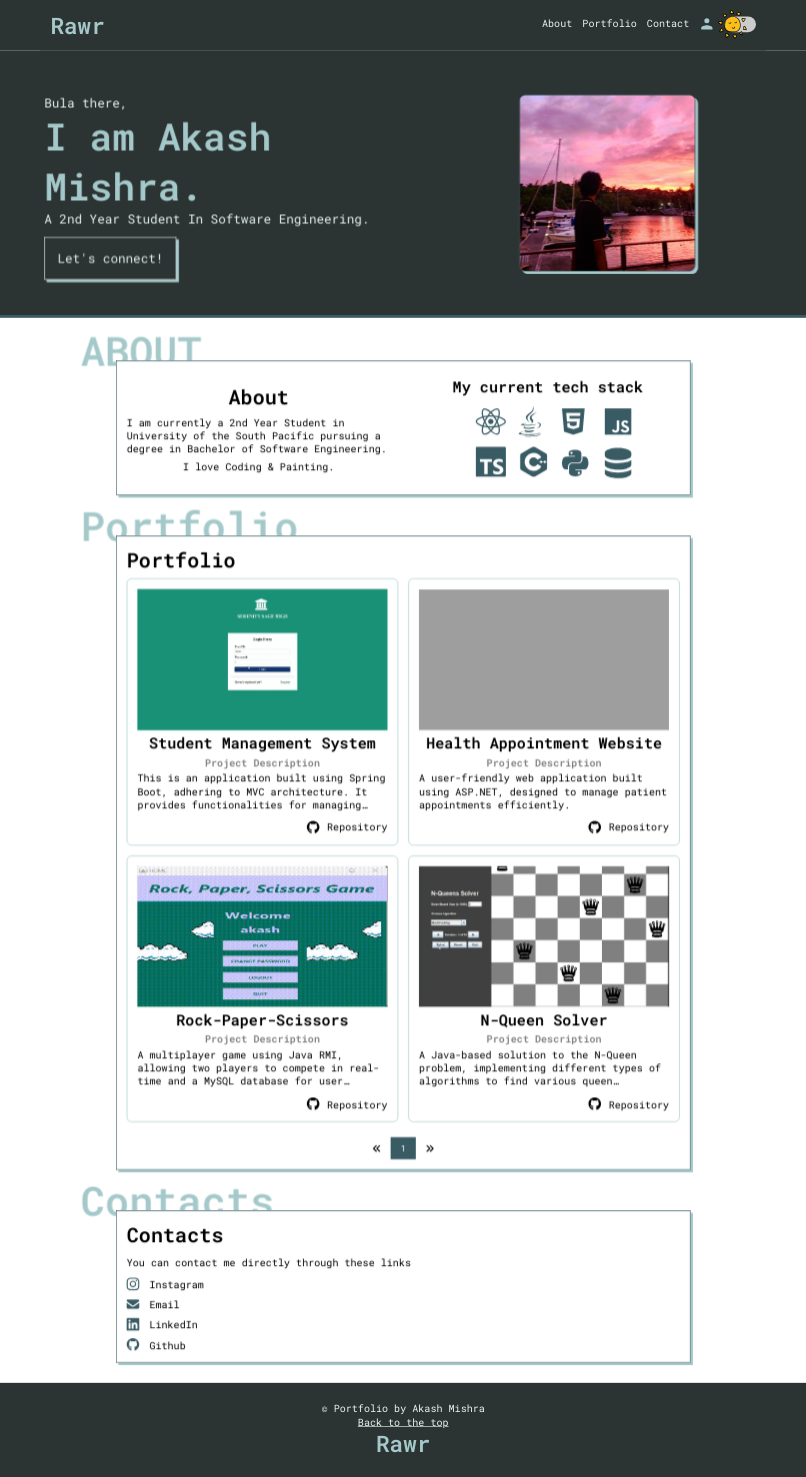
Repository: akashrawr/portfolio
Page: /
The author's editor kept a copy of each file at every save. The page is drawn from the files as they stood at one save, then again after the next save.
The browser window is 1280 px wide. The pictures show the whole page, at 63% of full size.
Pictures or frames that could not be fetched are drawn as grey boxes. The project was rebuilt for these pictures with package versions that can differ from the ones it lists, and the page was loaded fresh each time.

Above is the page before, as saved 2025-01-01 21:05:01.

### public/index.html
<!DOCTYPE html>
<html lang="en">
  <head>
    <meta charset="utf-8" />
    <link rel="icon" href="%PUBLIC_URL%/favicon.ico" />
    <meta name="viewport" content="width=device-width, initial-scale=1" />
    <meta name="theme-color" content="#000000" />
    <meta
      name="description"
      content="Personal web Portfolio"
    />
    <link rel="apple-touch-icon" href="%PUBLIC_URL%/logo192.png" />
    <!--
      manifest.json provides metadata used when your web app is installed on a
      user's mobile device or desktop. See https://developers.google.com/web/fundamentals/web-app-manifest/
    -->
    <link rel="manifest" href="%PUBLIC_URL%/manifest.json" />
    <!--
      Notice the use of %PUBLIC_URL% in the tags above.
      It will be replaced with the URL of the `public` folder during the build.
      Only files inside the `public` folder can be referenced from the HTML.

      Unlike "/favicon.ico" or "favicon.ico", "%PUBLIC_URL%/favicon.ico" will
      work correctly both with client-side routing and a non-root public URL.
      Learn how to configure a non-root public URL by running `npm run build`.
    -->
    <title>akashrawr</title>
  </head>
  <body>
    <noscript>You need to enable JavaScript to run this app.</noscript>
    <div id="root"></div>
    <!--
      This HTML file is a template.
      If you open it directly in the browser, you will see an empty page.

      You can add webfonts, meta tags, or analytics to this file.
      The build step will place the bundled scripts into the <body> tag.

      To begin the development, run `npm start` or `yarn start`.
      To create a production bundle, use `npm run build` or `yarn build`.
    -->
  </body>
</html>

### src/App.js
import React, { useState, useEffect } from 'react';
import './App.css';
import AOS from 'aos';
import 'aos/dist/aos.css';

// Import components
import Header from './components/Header';
import Hero from './components/Hero';
import About from './components/About';
import Portfolio from './components/Portfolio';
import Contact from './components/Contact';
import Footer from './components/Footer';

function App() {
  useEffect(() => {
    AOS.init({ once: true, delay: 0 });
  }, []);

  const [isNavVisible, setIsNavVisible] = useState(false);
  const [darkMode, setDarkMode] = useState(false);

  const toggleNav = () => {
    setIsNavVisible(!isNavVisible);
  };

  const toggleDarkMode = () => {
    setDarkMode(!darkMode);
    document.body.classList.toggle('dark-mode', !darkMode);
  };

  return (
    <div>
      <Header
        isNavVisible={isNavVisible}
        toggleNav={toggleNav}
        darkMode={darkMode}
        toggleDarkMode={toggleDarkMode}
      />
      <main>

        <Hero />
        <About />
        <Portfolio />
        <Contact />
      </main>
      <Footer />
    </div>
  );
}

export default App;

### src/App.css
@import url("https://fonts.googleapis.com/css2?family=Roboto+Mono:wght@300;400;600&display=swap");

:root {
  --primary-color: #2c3333;
  --secondary-color: #395b64;
  --accent-1: #a5c9ca;
  --accent-2: #e7f6f2;
  --neutral-1: black;
  --neutral-2: white;
  --neutral-3: white;
  --neutral-4: black;
  --icon-1: #395b64;

  --dark-primary-color: #121212;
  --dark-secondary-color: #1f1f1f;
  --dark-accent-1: #6c757d;
  --dark-accent-2: #adb5bd;
  --dark-neutral-1: #ffffff;
  --dark-neutral-2: #121212;
  --dark-neutral-3:#1f1f1f;
  --dark-neutral-4: #938f8f;
  --dark-icon-1: #938f8f;

}

*,
*::after,
*::before {
  margin: 0;
  padding: 0;
  font-family: "Roboto Mono", monospace;
  box-sizing: border-box;


}

html {
  scroll-behavior: smooth;
}

body {
  overflow-x: hidden;
  background-color: var(--neutral-3);
  color: var(--neutral-1);
  font-family: "Roboto Mono", monospace;
}

body.dark-mode {
  --primary-color: var(--dark-primary-color);
  --secondary-color: var(--dark-secondary-color);
  --accent-1: var(--dark-accent-1);
  --accent-2: var(--dark-accent-2);
  --neutral-1: var(--dark-neutral-1);
  --neutral-2: var(--dark-neutral-2);
  --neutral-3: var(--dark-neutral-3);
  --neutral-4: var(--dark-neutral-4);
  --icon-1:var(--dark-icon-1);
}


/* Navbar styles */

header {
  display: flex;
  align-items: center;
  justify-content: center;

  max-width: 100vw;
  background-color: var(--primary-color);
}

a {
  font-size: 14px;
  text-decoration: none;
}

h1 {
  font-family: "Roboto Mono", monospace;
}

.navbar-nav {
  display: flex;
  align-items: center;
  justify-content: space-between;
  background-color: var(--primary-color);
  padding: 1rem;
  width: 90%;
}

.nav-logo {
  grid-column: 1;
}

.nav-logo > h1 {
  font-size: 30px;
  color: var(--accent-1);
}

.primary-nav {
  display: flex;
  list-style: none;
  gap: 16px;

  grid-column: 2;
  justify-self: end;
}

.mobile-nav-toggle {
  display: none;
  cursor: pointer;
}

.nav-link:link,
.nav-link:visited {
  font-size: 16px;
  color: var(--accent-2);

  transition: 300ms ease-in-out;
}

.nav-link:hover {
  font-weight: 600;
  color: var(--accent-1);
}

.user-icon {
  width: 24px;
  height: 24px;
  fill: var(--accent-1);
  transition: fill 0.3s ease;
}

.user-icon:hover {
  fill: var(--accent-1);
}

/* Dark mode toggle button */
.theme-toggle {
  background: none;
  border: none;
  cursor: pointer;
  padding: 8px;
  display: flex;
  align-items: center;
}

.nav-icons {
  --size: 30px;
  width: var(--size);
  aspect-ratio: 1;
  cursor: pointer;
}



@media only screen and (max-width: 35em) {
  .primary-nav {
    position: fixed;
    top: 0;
    right: 0;
    bottom: 0;
    width: 125px;

    flex-direction: column;
    padding: min(15vh, 3rem) 1rem;
    background-color: var(--primary-color);
    border-left: 2px solid rgb(111, 111, 111); /* Add this line for the left border */

    z-index: 9999;

    transform: translateX(100%);
    transition: transform 350ms ease-out;
  }


  .nav-link:link,
  .nav-link:visited {
    font-size: 15px;
    color: var(--accent-1);
  }

  .primary-nav[data-visible="true"] {
    transform: translateX(0%);
  }

  .mobile-nav-toggle[aria-expanded="true"] {
    background: url('data:[embedded picture, 416 characters]') center center no-repeat;
  }

  .mobile-nav-toggle {
    display: block;
    position: absolute;
    background: url('data:[embedded picture, 417 characters]') center center no-repeat;

    width: 1.25rem;
    aspect-ratio: 1;

    border: none;

    top: 1.4rem;
    right: 2.5rem;
    z-index: 10000;

    transition: 250ms ease-in-out;
  }
}

/* Section styles */

section {
  display: flex;
  align-items: center;
  justify-content: center;

  max-width: 100vw;
  position: relative;
}

/* HERO SECTION */
#hero {
  background-color: var(--primary-color);
  border-bottom: 4px solid var(--icon-1);
  padding: 2.2rem;
}

/* Main container for text and image */
.hero-main-container {
  display: flex;
  flex-wrap: wrap;
  align-items: center;
  justify-content: space-between;
  gap: 16px;
}

/* Text Container */
.hero-container {
  flex: 1;
  display: flex;
  flex-direction: column;
  gap: 16px;
  padding: 2.2rem;
  width: 90%;
  height: 350px;
  animation: fade-in 500ms linear forwards;
}

.hero-text-container > h2 {
  font-size: 28px;
  color: var(--accent-1);
}

.hero-text-container > p {
  font-size: 12px;
  color: var(--accent-2);
}

.hero-button {
  align-self: flex-start;

  font-size: 14px;
  padding: 1em;

  color: var(--accent-2);
  background-color: transparent;

  border: 1px solid var(--accent-2);
  box-shadow: 4px 4px 0px var(--accent-1);

  transition: 300ms ease-in-out;
}

.hero-button:hover {
  background-color: var(--accent-2);
  color: var(--primary-color);
  box-shadow: 6px 6px 0px var(--secondary-color);
}

/* Image Container */
.hero-img {
  flex: 1;
  display: flex;
  justify-content: center;
  align-items: center;
}

.hero-image {
  max-width: 50%;
  height: auto;
  border-radius: 10px;
  box-shadow: 0 4px 8px rgba(0, 0, 0, 0.1);
  border: 1px solid var(--secondary-color);
  background-color: var(--neutral-2);
  box-shadow: 4px 4px 0px var(--accent-1);
}


/* Responsive Styles */
@media screen and (max-width: 768px) {
  .hero-main-container {
    flex-direction: column;
  }
  .hero-img {
    margin-top: 20px;
  }
  .hero-image {
    max-width: 75%;
    height: auto;
  }
  .hero-text-container {
    text-align: left;
  }
}
.hero-text-container > h2 {
  font-size: 20px;
  color: var(--accent-1);
}
.project-card > h3 {
  font-size: 12px;
  color: var(--secondary-color);
}

/* ABOUT */

#about {
  padding: 2rem;
  margin-top: 36px;
  animation: fade-in 500ms linear forwards;

}

.wave-asset {
  width: 100%;
  position: absolute;

  top: 0;
  left: 0;
}

.about-container {
  display: flex;
  align-items: center;
  justify-content: center;
  background-color: var(--neutral-2);
  width: 90%;
  z-index: 999;
}

.about-card,
.portfolio-card,
.contact-card {
  display: flex;
  flex-direction: column;
  gap: 16px;
  border: 1px solid var(--secondary-color);
  background-color: var(--neutral-2);

  width: 100%;
  padding: 1rem;

  box-shadow: 4px 4px 0px var(--accent-1);
}

.about-content,
.portfolio-content {
  width: 100%;
  display: flex;
  flex-direction: column;
  gap: 8px;
}

.about-content > h2,
.about-content > h3 {
  color: var(--neutral-4);
}

.about-content > p {
  font-size: 12px;
  color: var(--neutral-4);
}

.tech-stack-grid {
  width: 65%;
  display: grid;
  grid-template-columns: repeat(4, 1fr);
  place-items: center;
}

.tech-stack {
  --size: 30px;
  width: var(--size);
  aspect-ratio: 1;
}

/* Portfolio container */

#portfolio {
  padding: 2rem;
  animation: fade-in 500ms linear forwards;
}

.portfolio-container {
  width: 90%;
  z-index: 999;
}

.project-container {
  display: grid;
  grid-template-columns: repeat(2, 1fr);
  gap: 16px;
}

.portfolio-content > h2 {
  color: var(--neutral-4);
}

.project-card {
  display: flex;
  flex-direction: column;
  gap: 4px;

  padding: 1rem;
  border-radius: 8px;
  border: 1px solid var(--accent-1);
}

.project-card > h3 {
  color: var(--neutral-4);
}

.project-card > h5 {
  color: var(--neutral-4);
  opacity: 0.5;
}

.project-card > p {
  font-size: 12px;
  width: 100%;
  display: -webkit-box;
  -webkit-box-orient: vertical;
  -webkit-line-clamp: 3;
  overflow: hidden;
  color: var(--neutral-4);
}

.project-img {
  width: 100%;
  aspect-ratio: 16/9;
}

.project-card-links {
  align-self: flex-end;

  margin-top: 10px;
  display: flex;
  align-items: center;
  gap: 12px;
}

.project-icons {
  --size: 20px;
  width: var(--size);
  aspect-ratio: 1;
}

.project-card-links > a {
  display: flex;
  align-items: center;
  color: var(--neutral-4);
  font-size: 10px;
  gap: 4px;
}

.project-card-links > a:link,
.project-card-links > a:visited {

  color: var(--neutral-4);
}

.project-card-links > a:hover {
  font-weight: 600;
  color: var(--accent-1);
}

/* CONTACT */
#contact {
  padding: 2rem;
  animation: fade-in 500ms linear forwards;
}

.contact-container {
  width: 90%;
  z-index: 999;
}

.contact-card {
  width: 100%;
  gap: 12px;
}
.contact-card > h2 {
    color: var(--neutral-4);
}

.contact-card > p {
  font-size: 12px;
  color: var(--neutral-4);
}

.contact-links {
  display: flex;
  flex-direction: column;
  gap: 8px;
}

.contact-links > a {
  display: flex;
  align-items: center;
  gap: 8px;
}

.contact-links > a:link,
.contact-links > a:visited {
  color: var(--neutral-4);
}

.contact-links > a:hover {
  font-weight: 600;
  color: var(--accent-1);
}
.contact-icons {
  --size: 20px;
  width: var(--size);
  aspect-ratio: 1;
}

/* extras */
.section-highlight {
  font-size: 4rem;
  font-weight: 600;
  opacity: 0.5;
  color: var(--accent-1);

  position: absolute;
  top: 0;
  left: 100px;
}

/* footer */
footer {
  display: flex;
  align-items: center;
  justify-content: center;
  color: var(--accent-2);
  max-width: 100vw;
  background-color: var(--primary-color);
  min-height: 150px;
}

.footer-content {
  text-align: center;
  font-size: 12px;
  width: 90%;

  color: var(--accent-2);
}

.footer-content > a {
  text-decoration: underline;
}

.footer-content > a:link,
.footer-content > a:visited {
  color: var(--accent-2);
}

.footer-content > a:hover {
  color: var(--accent-1);
}
/* media queries */

@media only screen and (max-width: 35em) {
  .hero-container {
    padding: 1rem;
    height: 200px;
  }
  .project-container {
    grid-template-columns: 1fr;
  }
  .tech-stack-grid {
    width: 100%;
  }
  .section-highlight {
    font-size: 3.5rem;
    top: -16px;
    left: 6vw;
  }
}

@media only screen and (min-width: 35em) {
  .hero-container {
    height: 250px;
  }
  .about-container,
  .portfolio-container,
  .contact-container {
    width: 75%;
  }

  .about-card,
  .portfolio-card {
    align-items: center;
    justify-content: center;
    flex-direction: row;
    gap: 20px;
  }

  .section-highlight {
    top: -26px;
    left: 10vw;
  }
}

@media only screen and (min-width: 768px) {
  .nav-logo > h1 {
    font-size: 36px;
  }

  /* hero */
  .hero-container {
    height: 350px;
  }

  .hero-text-container > p {
    font-size: 20px;
  }

  .hero-text-container > h2 {
    font-size: 60px;
  }

  .hero-button {
    font-size: 20px;
  }

  /* about */
  .about-card {
    gap: 40px;
  }

  .about-content > h2 {
    font-size: 32px;
  }

  .about-content > h3 {
    font-size: 24px;
  }

  .about-content > p {
    font-size: 16px;
  }

  .tech-stack-section {
    align-self: flex-start;
    margin-top: 8px;
  }

  .tech-stack {
    --size: 40px;
    width: var(--size);
    aspect-ratio: 1;
  }

  /* portfolio */
  .portfolio-content > h2 {
    font-size: 32px;
  }

  .project-card > h3 {
    font-size: 24px;
  }

  .project-card > h5,
  .project-card > p {
    font-size: 16px;
  }

  .project-card-links > a {
    font-size: 16px;
  }

  /* contacts */
  .contact-card > h2 {
    font-size: 32px;
  }

  .contact-card > p {
    font-size: 16px;
  }

  .contact-links > a {
    font-size: 16px;
  }
  .footer-content,
  .footer-content > a {
    font-size: 16px;
  }
}

@media only screen and (min-width: 1024px) {
  .section-highlight {
    top: -26px;
    left: 10vw;
  }
}

@keyframes fade-in {
  0% {
    opacity: 0;
  }
  100% {
    opacity: 1;
  }
}

/* Adjust specific sections as needed for React-specific behaviors */
.primary-nav.visible {
  transform: translateX(0%);
}

/* The switch - the box around the slider */
.switch {
  position: relative;
  display: inline-block;
  width: 50px;
  height: 25px;
}

/* Hide default HTML checkbox */
.switch input {
  opacity: 0;
  width: 0;
  height: 0;
}

/* The slider */
.slider {
  position: absolute;
  cursor: pointer;
  top: 0;
  left: 0;
  right: 0;
  bottom: 0;
  background-color: #ccc;
  -webkit-transition: .4s;
  transition: .4s;
  border-radius: 25px; /* Rounded edges for the slider */
  display: flex;

  align-items: center;
}

/* Adjust the icon size to 48x48 pixels */
.slider .icon {
  position: absolute;
  width: 48px;
  height: 48px;
  transition: .4s;
}

/* When the input is checked (dark mode is on) */
input:checked + .slider {
  background-color: #3e4346; /* Change background color on check */
}

input:focus + .slider {
  box-shadow: 0 0 1px #2196F3;
}

/* Move the icons when the input is checked (dark mode) */
input:checked + .slider .icon {
  transform: translateX(20px); /* Move the icon to the right */
}

/* Default state (light mode) */
input:not(:checked) + .slider .icon {
  transform: translateX(-15px) translateY(-2px); /* Icon remains in the default position */
  width: 52px; /* Further reduced icon size for very small screens */
  height: 52px; /* Further reduced icon size for very small screens */
}

.about-icon {
  color: var(--icon-1); /* Change to any shade of blue you prefer */
  font-size: 3rem; /* Adjust size as needed */
  margin: 0.5rem;
}

.project-icons {
  margin-right: 0.5rem; /* Space between icon and text */
  font-size: 1.5rem; /* Adjust icon size */
  color: inherit; /* Match the color of the link */
}

.contact-icons {
  margin-right: 0.5rem; /* Space between icon and text */
  font-size: 1.5rem; /* Adjust icon size */
  color: var(--icon-1);
}

/* Responsive Adjustments */
@media (max-width: 768px) {
  .about-icon {
    font-size: 2.5rem; /* Slightly smaller on smaller devices */
    margin: 0.4rem;
  }

  .project-icons {
    font-size: 1.2rem; /* Smaller icon size on smaller screens */
    margin-right: 0.4rem;
  }

  .contact-icons {
    font-size: 1.2rem; /* Smaller icon size on smaller screens */
    margin-right: 0.4rem;
  }
}

@media (max-width: 480px) {
  .about-icon {
    font-size: 2rem; /* Even smaller on very small devices */
    margin: 0.3rem;
  }

  .project-icons {
    font-size: 1rem; /* Further reduced icon size for very small screens */
    margin-right: 0.3rem;
  }

  .contact-icons {
    font-size: 1rem; /* Further reduced icon size for very small screens */
    margin-right: 0.3rem;
  }
}

.pagination {
  display: flex;
  justify-content: center;
  align-items: center;
  margin-top: 1rem;
}

.pagination a {
  color: var(--neutral-4);
  padding: 8px 16px;
  text-decoration: none;
}

.pagination a.active {
  background-color: #395b64;
  color: white;
}

.pagination a:disabled {
  color: grey;
  pointer-events: none;
}

/* Responsive Adjustments */
@media (max-width: 768px) {
  .pagination a {
    padding: 6px 12px; /* Smaller padding for smaller screens */
    font-size: 0.9rem; /* Slightly smaller font size */
  }

  .pagination {
    margin-top: 0.75rem; /* Adjust margin top for smaller screens */
  }
}

@media (max-width: 480px) {
  .pagination a {
    padding: 4px 8px; /* Even smaller padding for very small screens */
    font-size: 0.8rem; /* Smaller font size for very small screens */
  }

  .pagination {
    margin-top: 0.5rem; /* Adjust margin top for very small screens */
  }
}

### src/components/Hero.js
import React from 'react';

function Hero() {
  return (
    <section id="hero">
      <div className="hero-main-container">
        {/* Text and Button Container */}
        <div className="hero-container">
          <div className="hero-text-container" data-aos="fade-up">
            <p>Bula there,</p>
            <h2>I am Akash Mishra.</h2>
            <p>A 2nd Year Student In Software Engineering.</p>
          </div>
          <a href="#contact" className="hero-button" data-aos="fade-up">
            Let's connect!
          </a>
        </div>

        {/* Image Container */}
        <div className="hero-img" data-aos="fade-up">
          <img className="hero-image" src="./assets/images/akash.jpg" alt="akash" />
        </div>
      </div>
    </section>
  );
}

export default Hero;

### src/components/Footer.js
import React from 'react';

function Footer() {
  return (
    <footer>
      <div className="footer-content">
        © Portfolio by Akash Mishra <br/>
        <a href="#hero">Back to the top</a>
        <div className="nav-logo">
          <h1>Rawr</h1>
        </div>
      </div>

    </footer>
  );
}

export default Footer;

### src/data/projects.js
export const projects = [
    {
      imgSrc: './assets/images/SMS.gif',
      altText: 'project-SMS',
      title: 'Student Management System',
      description: 'This is an application built using Spring Boot, adhering to MVC architecture. It provides functionalities for managing student records.',
      repoLink: 'https://github.com/akashrawr/Student-Management-System-Springboot.git',
    },
    {
      imgSrc: './assets/images/health.gif',
      altText: 'project-Health',
      title: 'Health Appointment Website',
      description: 'A user-friendly web application built using ASP.NET, designed to manage patient appointments efficiently.',
      repoLink: 'https://github.com/akashrawr/Medical_Website.git',
    },
    {
      imgSrc: './assets/images/rps.gif',
      altText: 'project-RPS',
      title: 'Rock-Paper-Scissors',
      description: 'A multiplayer game using Java RMI, allowing two players to compete in real-time and a MySQL database for user tracking.',
      repoLink: 'https://github.com/akashrawr/RockPaperScissors-RMI.git',
    },
    {
      imgSrc: './assets/images/nqueen.gif',
      altText: 'project-Nqueen',
      title: 'N-Queen Solver',
      description: 'A Java-based solution to the N-Queen problem, implementing different types of algorithms to find various queen placements on a chessboard.',
      repoLink: 'https://github.com/akashrawr/N-Queen-Solver.git',
    },
  ];

  /*

  {
    imgSrc: './assets/images/hotel.gif',
    altText: 'Serenity-hotel',
    title: 'Serenity Hotel',
    description: 'A full-stack Hotel Room Booking project using React.js and Spring Boot, focusing on JWT authentication, MySQL, and AWS.',
    repoLink: 'https://github.com/akashrawr/Serenity-Hotel.git',
    liveDemoLink: 'https://serenity-hotel.vercel.app',
  },

      {
      imgSrc: './assets/images/chess.gif',
      altText: 'project-Chess',
      title: 'Chess',
      description: 'A Java RMI-based chess game capable of hosting up to six players simultaneously.',
      repoLink: 'https://github.com/akashrawr/ChessRMI.git',
    },

        {
      imgSrc: './assets/images/weather.gif',
      altText: 'project-Weather-App',
      title: 'Weather App',
      description: 'A weather forecasting application built using React and TypeScript. It utilizes an external API to fetch real-time weather data.',
      repoLink: 'https://weatherapp-react-ts.vercel.app/',
      liveDemoLink: 'https://github.com/akashrawr/WeatherApp-React-TS.git',
    },
    {
      imgSrc: './assets/images/movielist.gif',
      altText: 'project-Movielist',
      title: 'Movie List App',
      description: 'A React-based application to create and manage a personal movie watchlist with local storage integration for saving data.',
      repoLink: 'https://github.com/akashrawr/MovieWatchList-React.git',
      liveDemoLink: 'https://watch-list.vercel.app/',
    },
    {
      imgSrc: './assets/images/coming-soon.gif',
      altText: 'project-Soon',
      title: 'Project Name',
      description: 'Lorem ipsum dolor sit amet, consectetur adipiscing elit. Quisque egestas ornare lorem ullamcorper gravida. In venenatis in diam ut tempor.',
      repoLink: '#',
      liveDemoLink: '#',
    },

  */

Loaded but not shown: src/index.js (common file); src/index.css (common file); src/reportWebVitals.js (common file); src/components/Header.js (84 lines, source omitted); src/components/Portfolio.js (95 lines, source omitted); src/components/About.js (54 lines, source omitted); src/components/Contact.js (48 lines, source omitted)

After the next save:
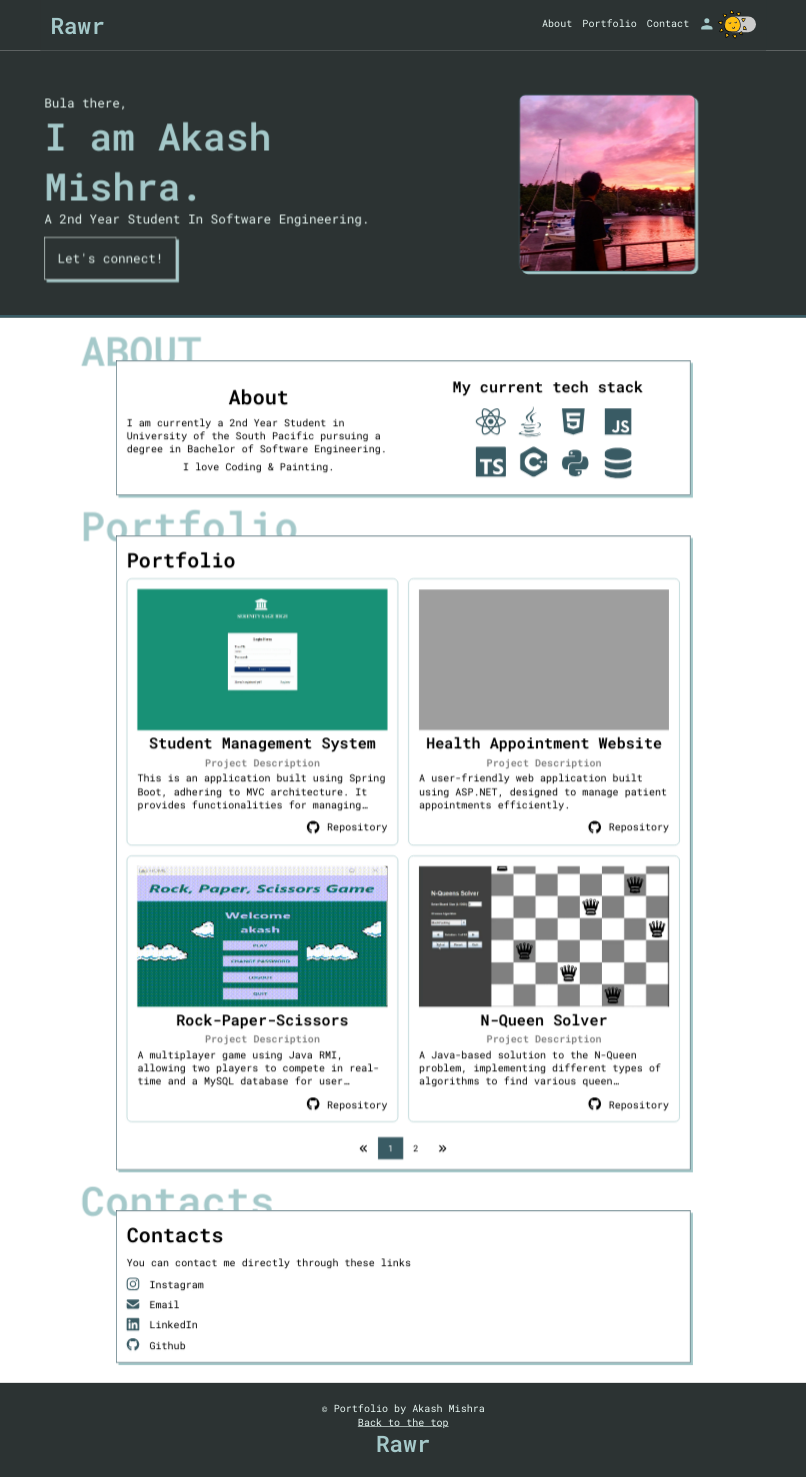
Saved 37 s later.
--- a/src/data/projects.js
+++ b/src/data/projects.js
@@ -26,6 +26,14 @@ export const projects = [
       title: 'N-Queen Solver',
       description: 'A Java-based solution to the N-Queen problem, implementing different types of algorithms to find various queen placements on a chessboard.',
       repoLink: 'https://github.com/akashrawr/N-Queen-Solver.git',
+    },
+    {
+      imgSrc: './assets/images/coming-soon.gif',
+      altText: 'project-Soon',
+      title: 'Project Name',
+      description: 'Lorem ipsum dolor sit amet, consectetur adipiscing elit. Quisque egestas ornare lorem ullamcorper gravida. In venenatis in diam ut tempor.',
+      repoLink: '#',
+      liveDemoLink: '#',
     },
   ];
 
@@ -64,13 +72,6 @@ export const projects = [
       repoLink: 'https://github.com/akashrawr/MovieWatchList-React.git',
       liveDemoLink: 'https://watch-list.vercel.app/',
     },
-    {
-      imgSrc: './assets/images/coming-soon.gif',
-      altText: 'project-Soon',
-      title: 'Project Name',
-      description: 'Lorem ipsum dolor sit amet, consectetur adipiscing elit. Quisque egestas ornare lorem ullamcorper gravida. In venenatis in diam ut tempor.',
-      repoLink: '#',
-      liveDemoLink: '#',
-    },
+
 
   */
